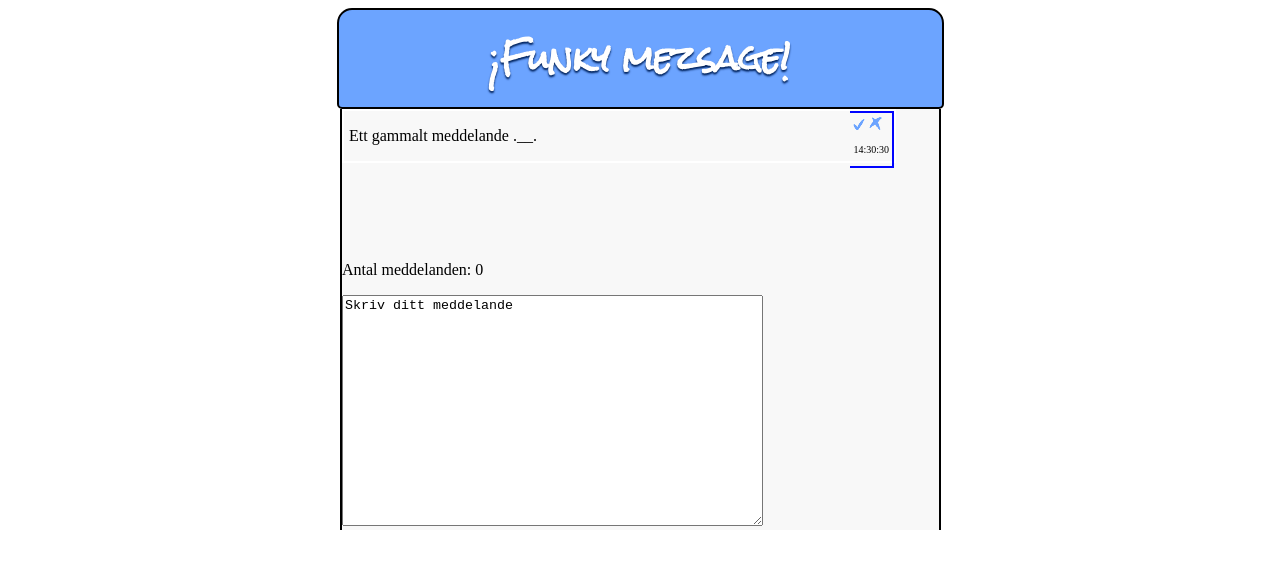
Repository: sk222sw/1dv403-laborationer
Page: 2-labbymezzage/index.html
The author's editor kept a record of every edit. The page is drawn from the files as they stood at one moment, then again after the next edit.
The browser window is 1280 px wide. The pictures show the whole page.

Above is the page before.

After the next edit:
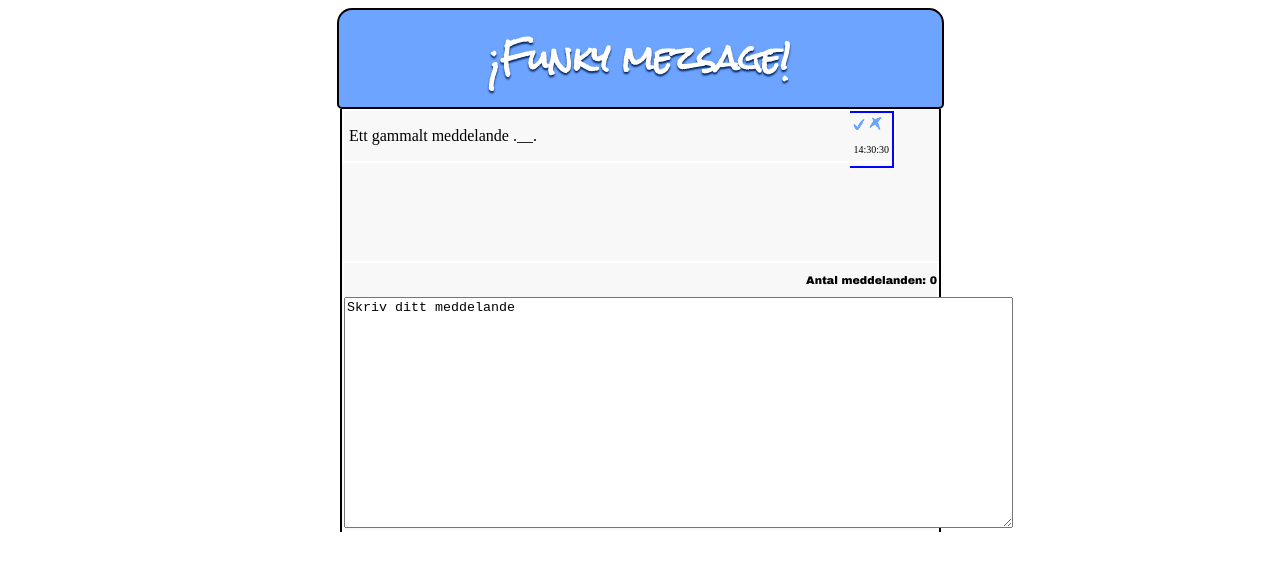
The edit:
--- a/2-labbymezzage/index.html
+++ b/2-labbymezzage/index.html
@@ -30,9 +30,9 @@
                         </div>
                     </section>
 
-                    <section id="textSection">
-                        <p>Antal meddelanden: 0</p>
-                        <textarea id="newMsg" name="textarea" rows="15" cols="50">Skriv ditt meddelande</textarea>
+                    <section id="newTextSection">
+                        <p id="messageCounter">Antal meddelanden: 0</p>
+                        <textarea id="newMsg" name="textarea" rows="15" cols="81">Skriv ditt meddelande</textarea>
                     </section>
                 </section>
             </main>
